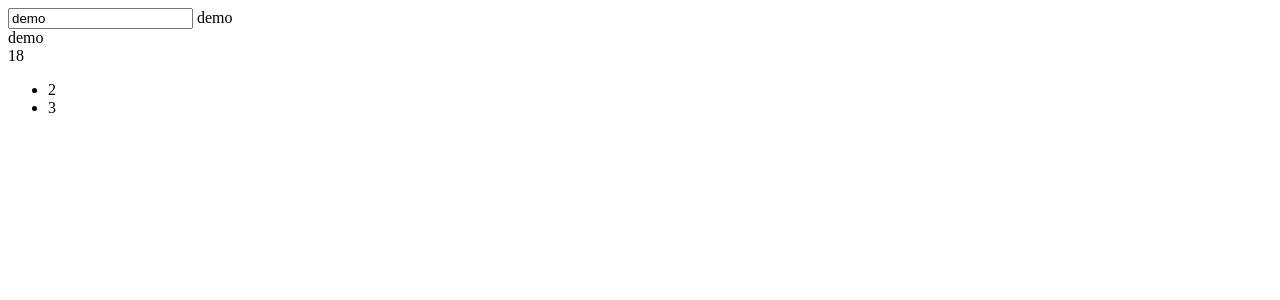
Repository: goSunadeod/practice-demos
Page: vue2-MVVM/index.html
An editor plug-in stored every save of this project. The page is shown before and after the next save, followed by the edit.
The browser window is 1280 px wide. The pictures show the whole page.

Above is the page before, as saved 2020-02-27 21:46:08.

After the next save:
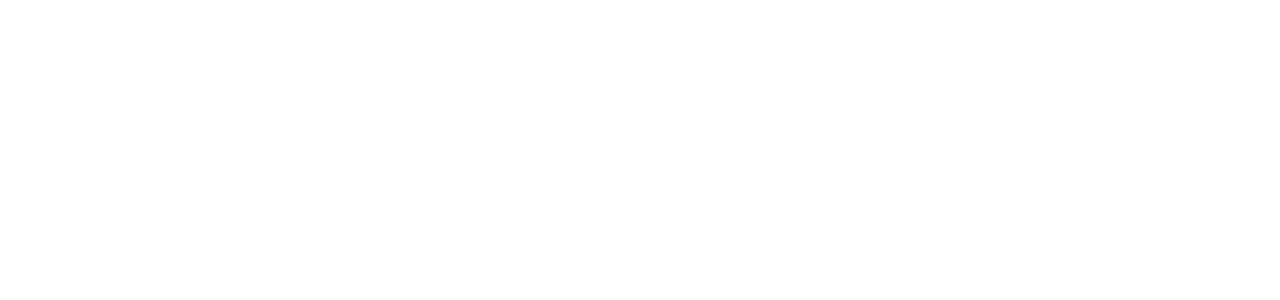
Console error (its wording comes from the project's code and is left out).
Saved 2 min 16 s later.
--- a/vue2-MVVM/MVVM.js
+++ b/vue2-MVVM/MVVM.js
@@ -146,7 +146,7 @@
   },
   model(node, expr, vm) { //节点 表达式 实例
     let fn = this.updater['modelUpdater'];
-    new Watcher(vm, expr, (newVal) => {
+    new Watcher(vm, expr, (newVal) => { // 输入框添加观察者
       fn(node, newVal)
     })
     let value = this.getValue(vm, expr);
@@ -158,6 +158,9 @@
   text(node, expr, vm) {
     let fn = this.updater['textUpdater']
     let content = expr.replace(/\{\{(.+?)\}\}/g, (...args) => {
+      new Watcher(vm, expr, (newVal) => { //文本更新
+        fn(node, newVal)
+      })
       return this.getValue(vm, args[1])
     })
     fn(node, content)

After the save that followed:
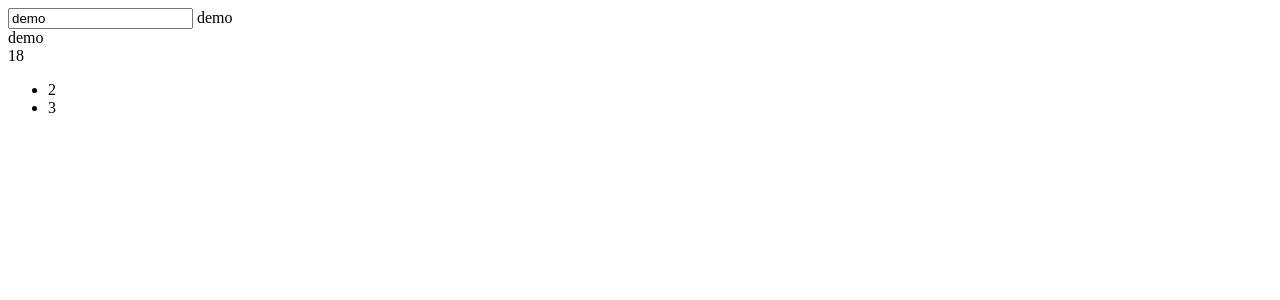
The error is gone.
Saved 19 s later.
--- a/vue2-MVVM/MVVM.js
+++ b/vue2-MVVM/MVVM.js
@@ -158,7 +158,7 @@
   text(node, expr, vm) {
     let fn = this.updater['textUpdater']
     let content = expr.replace(/\{\{(.+?)\}\}/g, (...args) => {
-      new Watcher(vm, expr, (newVal) => { //文本更新
+      new Watcher(vm, args[1], (newVal) => { //文本更新
         fn(node, newVal)
       })
       return this.getValue(vm, args[1])
